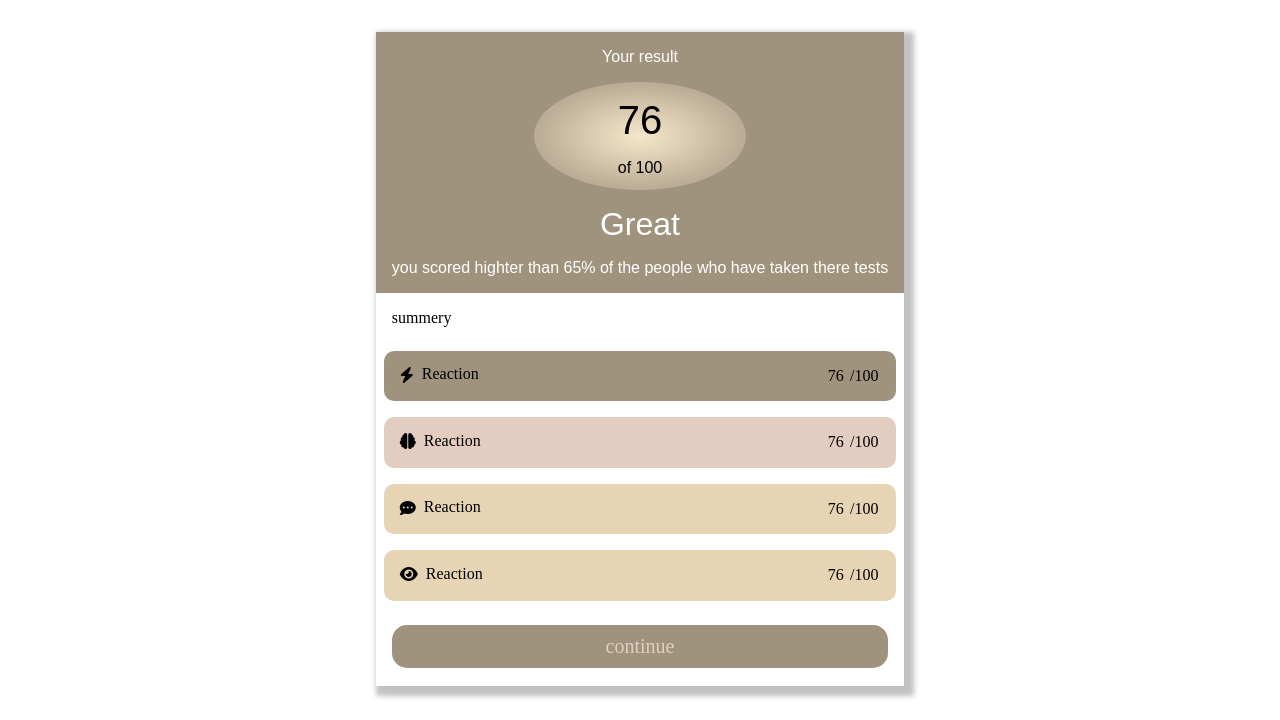
Repository: rahanwz/Card2-raha
Page: card2.html
These files come from the project's save history. The page is drawn as it stood at one moment and after the next save; the edit follows.
The browser window is 1280 px wide. The pictures show the whole page.
Some web fonts or font styles are not loaded; a fallback is used. Some web libraries are served in a nearby version.

Above is the page before, as saved 2024-02-21 16:37:58.

### card2.html
<!DOCTYPE html>
<html lang="en">
  <head>
    <meta charset="UTF-8" />
    <meta name="viewport" content="width=device-width, initial-scale=1.0" />
    <title>Document</title>
    <link rel="stylesheet" href="card2.css" />
    <script src="https://kit.fontawesome.com/7f69033cb8.js" crossorigin="anonymous"></script>

   <link rel="preconnect" href="https://fonts.googleapis.com">
<link rel="preconnect" href="https://fonts.gstatic.com" crossorigin>
<link href="https://fonts.googleapis.com/css2?family=Josefin+Sans:ital,wght@0,100..700;1,100..700&family=Protest+Riot&display=swap" rel="stylesheet">

</head>
  <body>
    <div class="container">
      <div class="card_container">
        <div class="top_card">
          <p style="color: #fff; font-family:Protest Riot, sans-serif;
  font-weight: 400;
  font-style: normal;">Your result</p>
          <div class="present">
            <p>76</p>
            <p>of 100</p>
          </div>
          <p style="padding-top: 1rem; color: #fff; font-family:Protest Riot, sans-serif;
  font-weight:300;
  font-style: normal;font-size: 2rem;">Great</p>
          <p class="describ" style="color: #fff">
            you scored highter than 65% of the people who have taken there tests
          </p>
        </div>
        <div class="bottom_card">
          <p style="padding: 1rem;">summery</p>
          <div class="box box1">
            <p
              style="
                border-top-left-radius: 10px;
                border-bottom-left-radius: 10px;
              "
            >
             <i class="fa-solid fa-bolt"></i> <span style="padding-top: .4rem;">Reaction</span>
            </p>
            <div class="number">
              <p
                style="
                  border-top-right-radius: 10px;
                  border-bottom-right-radius: 10px;
                  padding-top: 1rem;
                "
              >
                <span style="width: 50%; padding: 1rem; margin-top: -1rem"
                  >76</span
                ><span>/</span>100
              </p>
            </div>
          </div>
          <div class="box box2">
            <p
              style="
                border-top-left-radius: 10px;
                border-bottom-left-radius: 10px;

              "
            >
              <i class="fa-solid fa-brain icon"></i><span style="padding-top: .4rem;">Reaction</span>
            </p>
            <div class="number">
              <p
                style="
                  border-top-right-radius: 10px;
                  border-bottom-right-radius: 10px;
                   padding-top: 1rem;
                "
              >
                <span style="width: 50%; padding: 1rem; margin-top: -1rem"
                  >76</span
                ><span>/</span>100
              </p>
            </div>
          </div>

          <div class="box box3">
            <p
              style="
                border-top-left-radius: 10px;
                border-bottom-left-radius: 10px;

              "
            >
              <i class="fa-solid fa-comment-dots"></i> <span style="padding-top: .4rem;">Reaction</span>
            </p>
            <div class="number">
              <p
                style="
                  border-top-right-radius: 10px;
                  border-bottom-right-radius: 10px;
                   padding-top: 1rem;
                "
              >
                <span style="width: 50%; padding: 1rem; margin-top: -1rem"
                  >76</span
                ><span>/</span>100
              </p>
            </div>
          </div>
          <div class="box box3">
            <p
              style="
                border-top-left-radius: 10px;
                border-bottom-left-radius: 10px;

              "
            >
              <i class="fa-solid fa-eye"></i> <span style="padding-top: .4rem;">Reaction</span>
            </p>
            <div class="number">
              <p
                style="
                  border-top-right-radius: 10px;
                  border-bottom-right-radius: 10px;
                   padding-top: 1rem;
                "
              >
                <span style="width: 50%; padding: 1rem; margin-top: -1rem"
                  >76</span
                ><span>/</span>100
              </p>
            </div>
          </div>
        </div>
        <div class="box5">
          <a href="#">continue</a>
        </div>
      </div>
    </div>
  </body>
</html>

### card2.css
* {
  padding: 0;
  margin: 0;
  box-sizing: border-box;
}
body {
  display: flex;
  justify-content: center;
}
.container {
  padding: 2rem;
}
.card_container {
  box-shadow: 5px 5px 5px 5px #3e3e3e51;
}

.card_container {
  text-align: center;
  width: 100%;
}

.top_card :first-child {
  padding: 1rem;
}
.present :first-child {
  font-size: 2.5rem;

}

.present {
  height:15vh;
  width: 40%;
  border-radius: 100%;
  background: radial-gradient(#f6e6cb, #a0937d);
  margin: auto;
font-family: "Protest Riot", sans-serif;
  font-weight: 400;
  font-style: normal;
}
.describ {
  padding: 1rem;
  font-family: "Protest Riot", sans-serif;
  font-weight: 400;
  font-style: normal;

}

.top_card {
  background-color: #a0937d;
}

.bottom_card :first-child {
  padding:.5rem;
  display: flex;

}

.bottom_card .box {
  display: flex;
  padding: 0.5rem;
}

.box1 p {
  background-color: #a0937d;
  width: 100%;
  height:7vh;
  padding-right: 1rem;
}

.box2 p {
  background: #e3cdc1;
  width: 100%;
  height:7vh;
  padding-right: 1rem;
}
.box3 p {
  background: #e7d4b5;
  padding-right: 1rem;
  width: 100%;
  height:7vh;
}
.box4 p {
  background: #f6e6cb;
  width: 100%;
  height:7vh;
  padding-right: 1rem;
}

.number {
  display: flex;
}

a {
  align-items: center;
  height: 6vh;
  display: flex;
  margin: 1rem;
  justify-content: center;
  background-color: #a0937d;
  text-decoration: none;
  border-radius: 15px;
  font-size: 20px;
  color: #e3cdc1;
}

.box5 {
  height: 8.6vh;
  padding: auto;
}

After the next save:
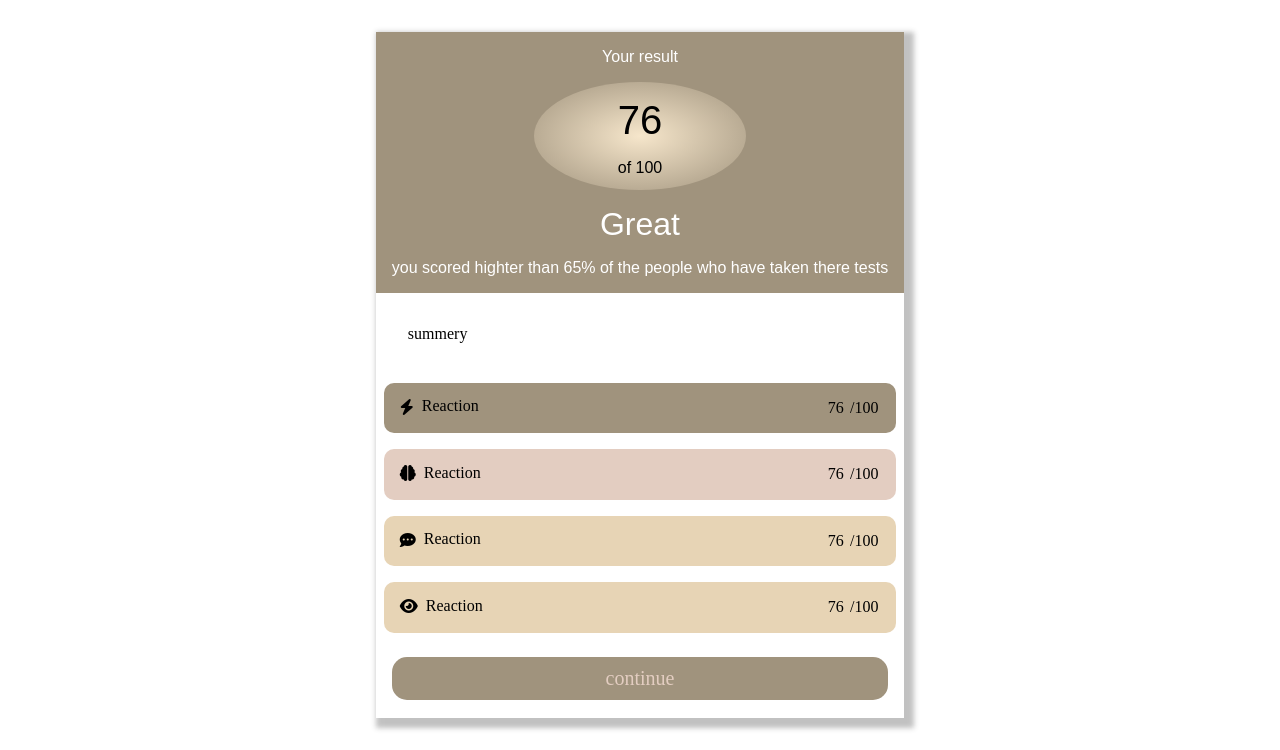
Saved 11 s later.
--- a/card2.html
+++ b/card2.html
@@ -31,7 +31,7 @@
           </p>
         </div>
         <div class="bottom_card">
-          <p style="padding: 1rem;">summery</p>
+          <p style="padding: 2rem;">summery</p>
           <div class="box box1">
             <p
               style="
